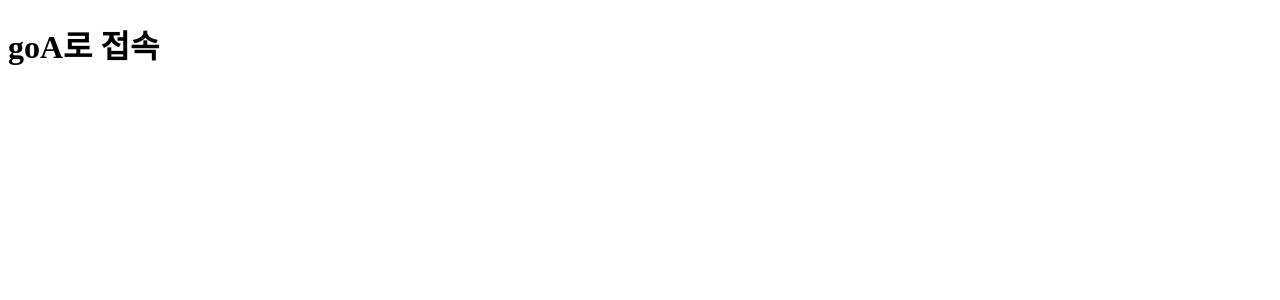
Repository: jjjjjjji-hun/springbasic
Page: http://localhost/SpringBasic/goA
The author's editor kept a copy of each file at every save. The page is drawn from the files as they stood at one save, then again after the next save.
The browser window is 1280 px wide. The pictures show the whole page.
The page is served by Tomcat 9.

Above is the page before, as saved 2022-03-29 05:11:52.

After the next save:
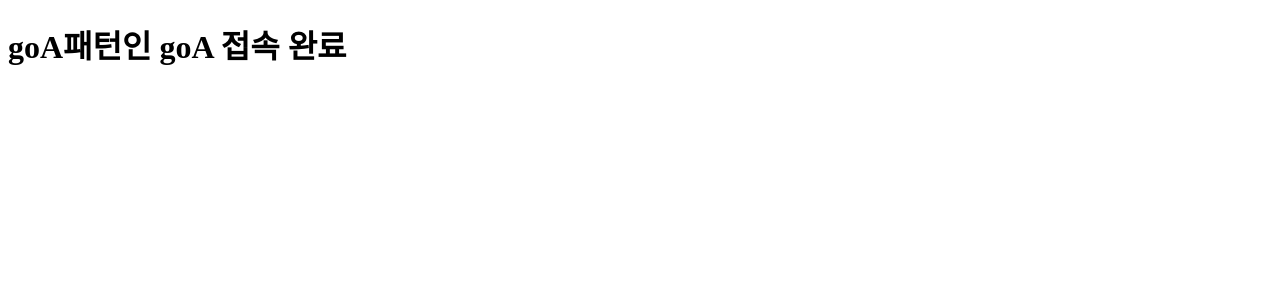
Saved 10 s later.
--- a/SpringBasic/src/main/webapp/WEB-INF/views/goA.jsp
+++ b/SpringBasic/src/main/webapp/WEB-INF/views/goA.jsp
@@ -7,6 +7,6 @@
 <title>Insert title here</title>
 </head>
 <body>
-<h1>goA로 접속</h1>
+<h1>goA패턴인 goA 접속 완료</h1>
 </body>
 </html>
